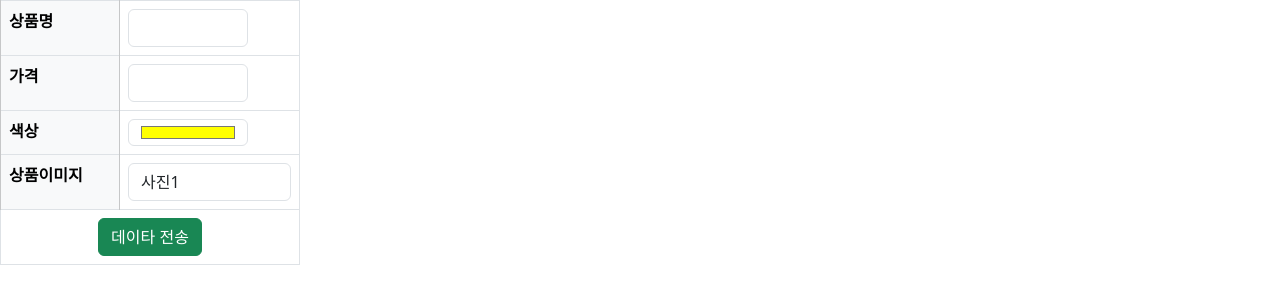
Repository: UZCHA/Sist0103Project
Page: http://localhost/SpringMvcFileUploadEx6/shop/form3
An editor plug-in stored every save of this project. The page is shown before and after the next save, followed by the edit.
The browser window is 1280 px wide. The pictures show the whole page.
Some web fonts or font styles are not loaded; a fallback is used. The page is served by Tomcat 9.

Above is the page before, as saved 2024-05-07 03:20:07.

After the next save:
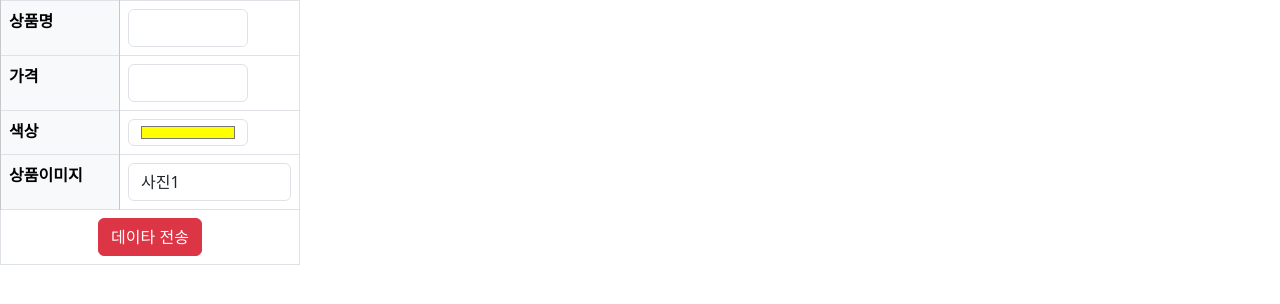
Saved 52 s later.
--- a/sts3work/SpringMvcFileUploadEx6/src/main/webapp/WEB-INF/day0507/form3.jsp
+++ b/sts3work/SpringMvcFileUploadEx6/src/main/webapp/WEB-INF/day0507/form3.jsp
@@ -51,7 +51,7 @@
 		</tr>
 		<tr>
 			<td colspan="2" align="center">
-				<button type="submit" class="btn btn-success">데이타 전송</button>
+				<button type="submit" class="btn btn-danger">데이타 전송</button>
 			</td>
 		</tr>
 	</table>
